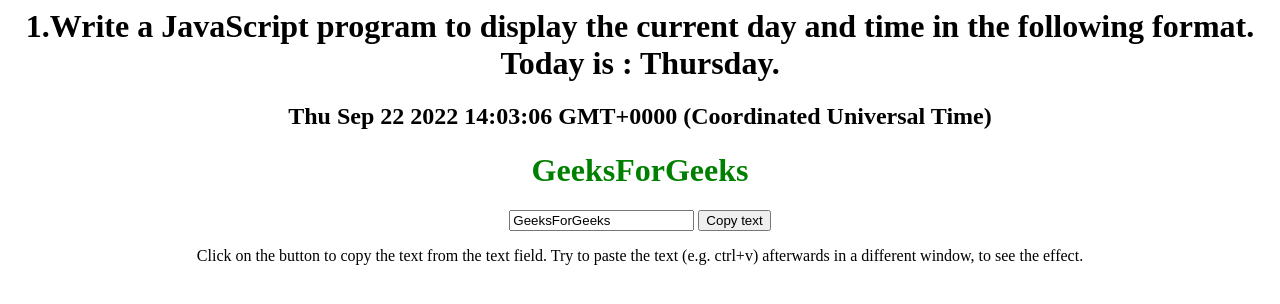
Repository: HoangDuy315/web-dev2022
Page: hw151022/ex1/ex1.html
The author's editor kept a copy of each file at every save. The page is drawn from the files as they stood at one save, then again after the next save.
The browser window is 1280 px wide. The pictures show the whole page.

Above is the page before, as saved 2022-10-15 12:11:48.

After the next save:
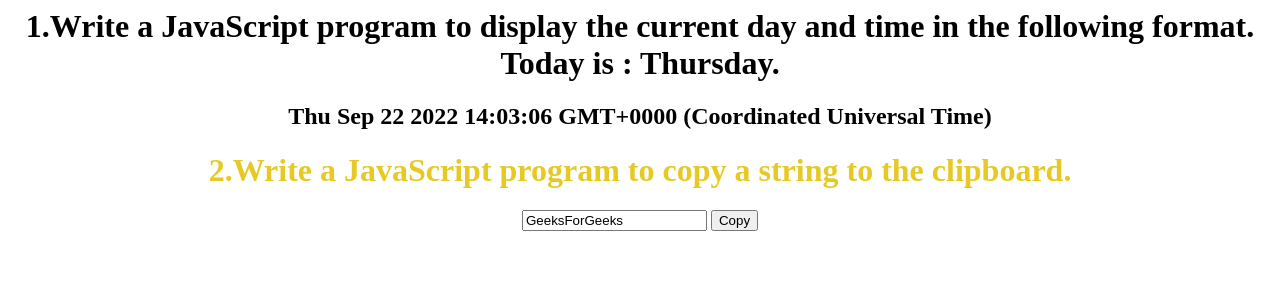
Saved 37 s later.
--- a/hw151022/ex1/ex1.html
+++ b/hw151022/ex1/ex1.html
@@ -27,14 +27,11 @@
 
   <!-- 2 -->
   <body style="text-align: center">
-    <h1 style="color: green">GeeksForGeeks</h1>
+    <h1 style="color: rgb(231, 201, 35)">
+      2.Write a JavaScript program to copy a string to the clipboard.
+    </h1>
     <input type="text" value="GeeksForGeeks" id="GfGInput" />
-    <button onclick="GeeksForGeeks()">Copy text</button>
-
-    <p>
-      Click on the button to copy the text from the text field. Try to paste the
-      text (e.g. ctrl+v) afterwards in a different window, to see the effect.
-    </p>
+    <button onclick="GeeksForGeeks()">Copy</button>
     <script src="./ex1.js"></script>
   </body>
 </html>
